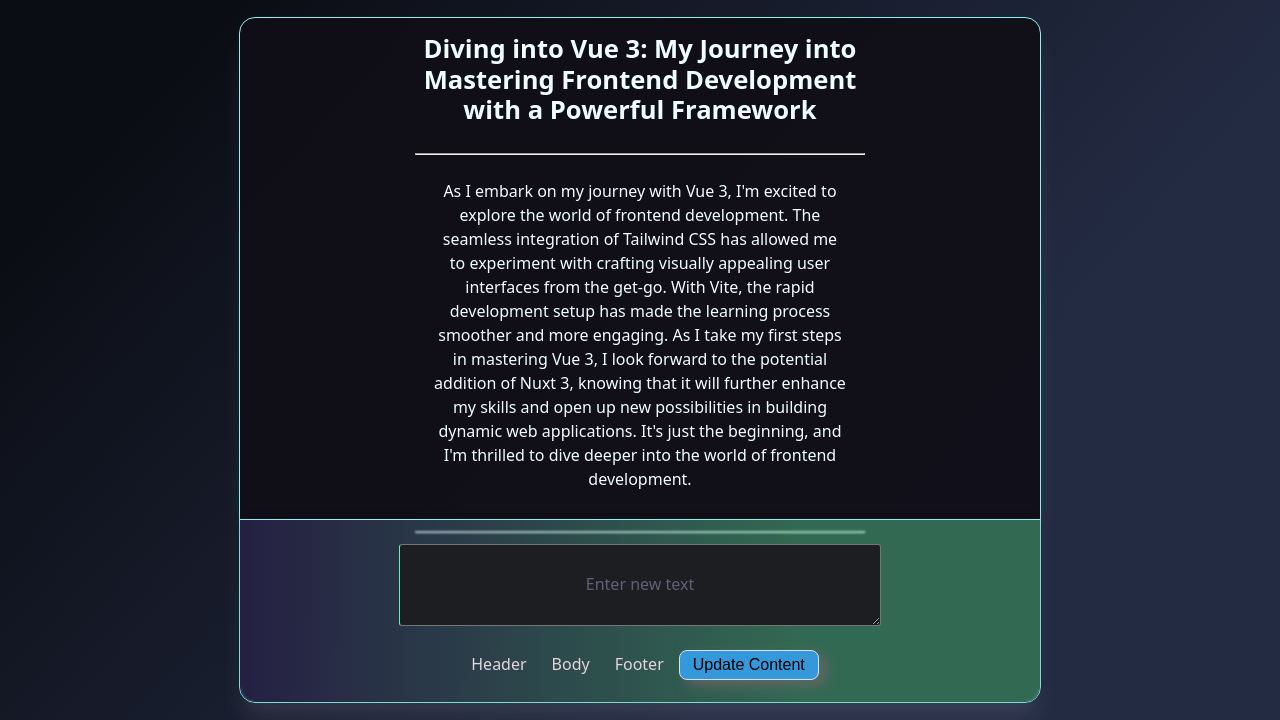
Repository: Freezler/AnnounceCraft
Page: index.html
An editor plug-in stored every save of this project. The page is shown before and after the next save, followed by the edit.
The browser window is 1280 px wide. The pictures show the whole page.

Above is the page before, as saved 2024-01-22 14:42:05.

After the next save:
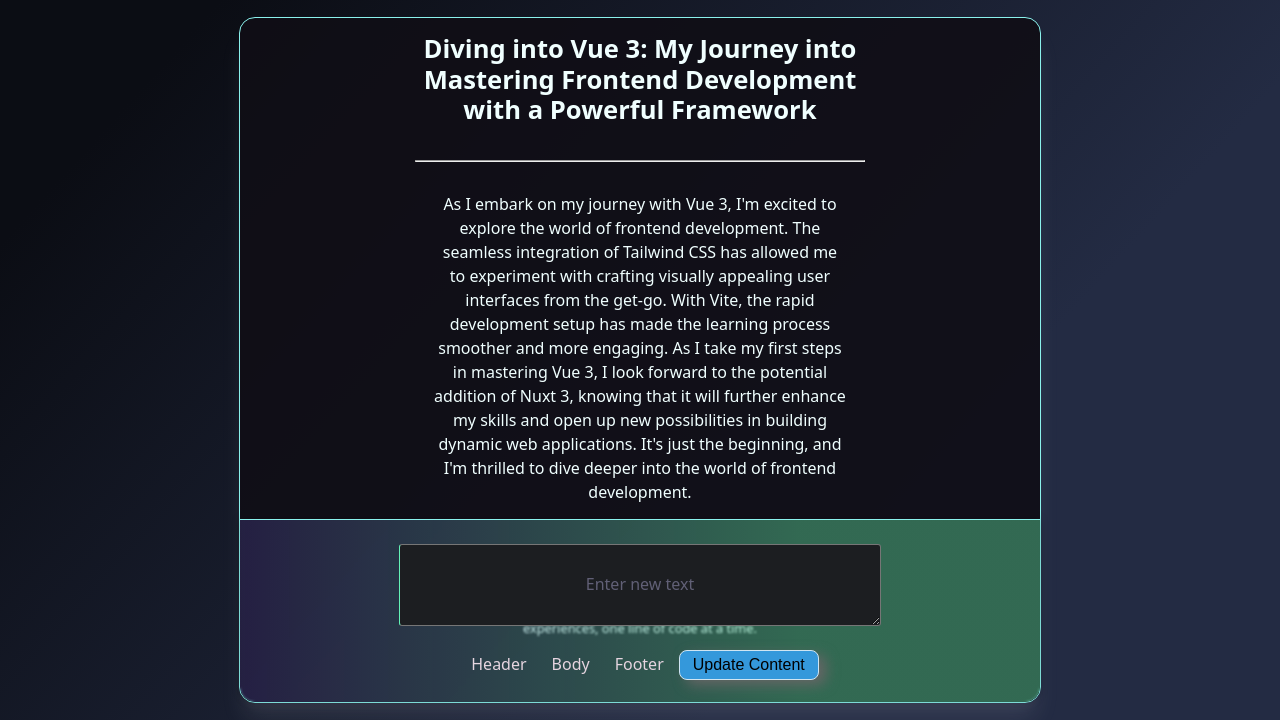
Saved 11 s later.
--- a/style.css
+++ b/style.css
@@ -105,7 +105,7 @@
 .content {
     display: flex;
     flex-direction: column;
-    gap: clamp(1rem, 1vw, 2rem);
+    gap: clamp(1.4rem, 1vw, 2rem);
     width: 60vw;
     ;
 }
